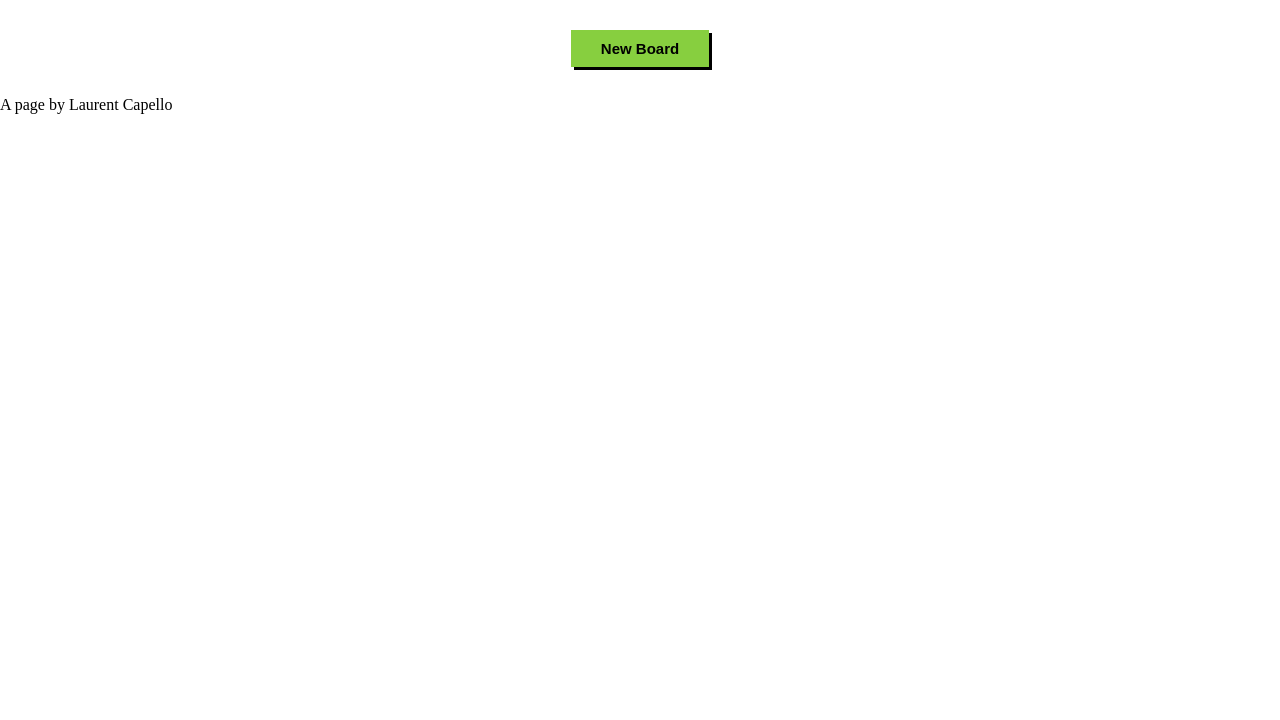
Repository: sokafootball/etch-a-sketc
Page: index.html
These files come from the project's save history. The page is drawn as it stood at one moment and after the next save; the edit follows.
The browser window is 1280 px wide. The pictures show the whole page.

Above is the page before, as saved 2020-04-18 11:15:31.

After the next save:
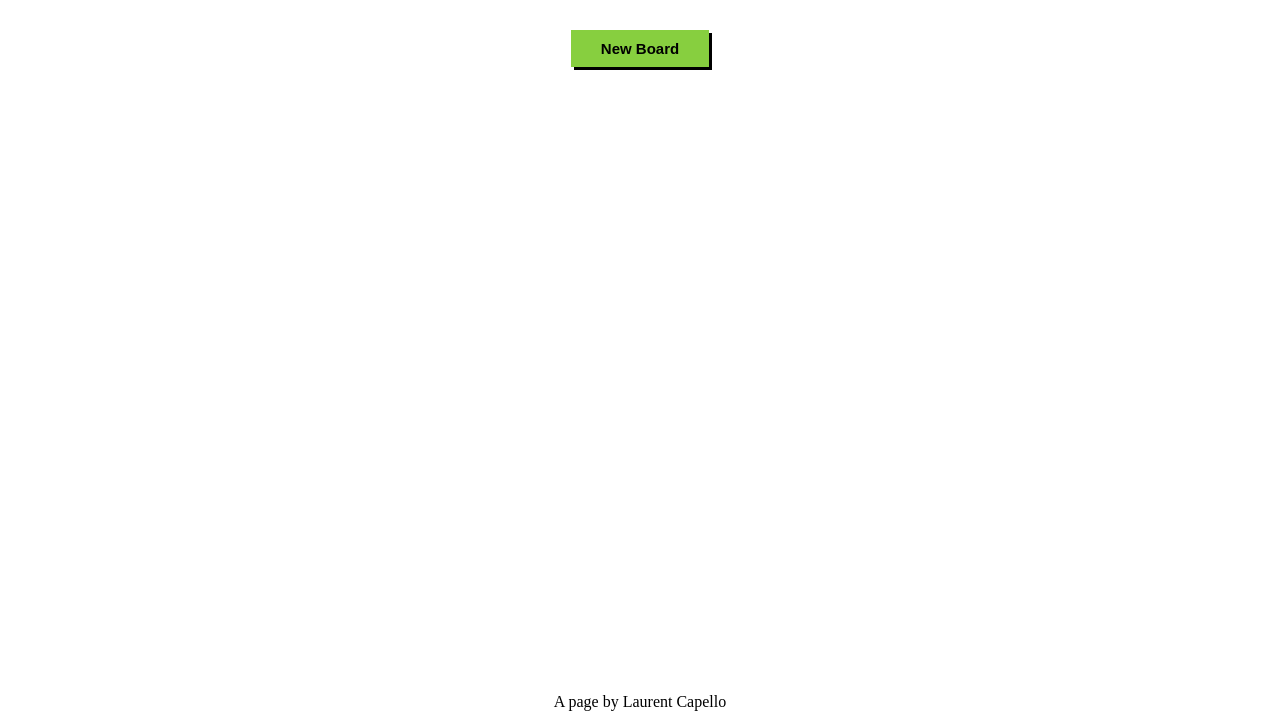
Saved 5 min 27 s later.
--- a/style.css
+++ b/style.css
@@ -4,8 +4,11 @@
 }
 
 footer{
+  width: 100%;
   position: absolute;
-
+  display: flex;
+  justify-content: center;
+  bottom: 10px;
 }
 
 p{
